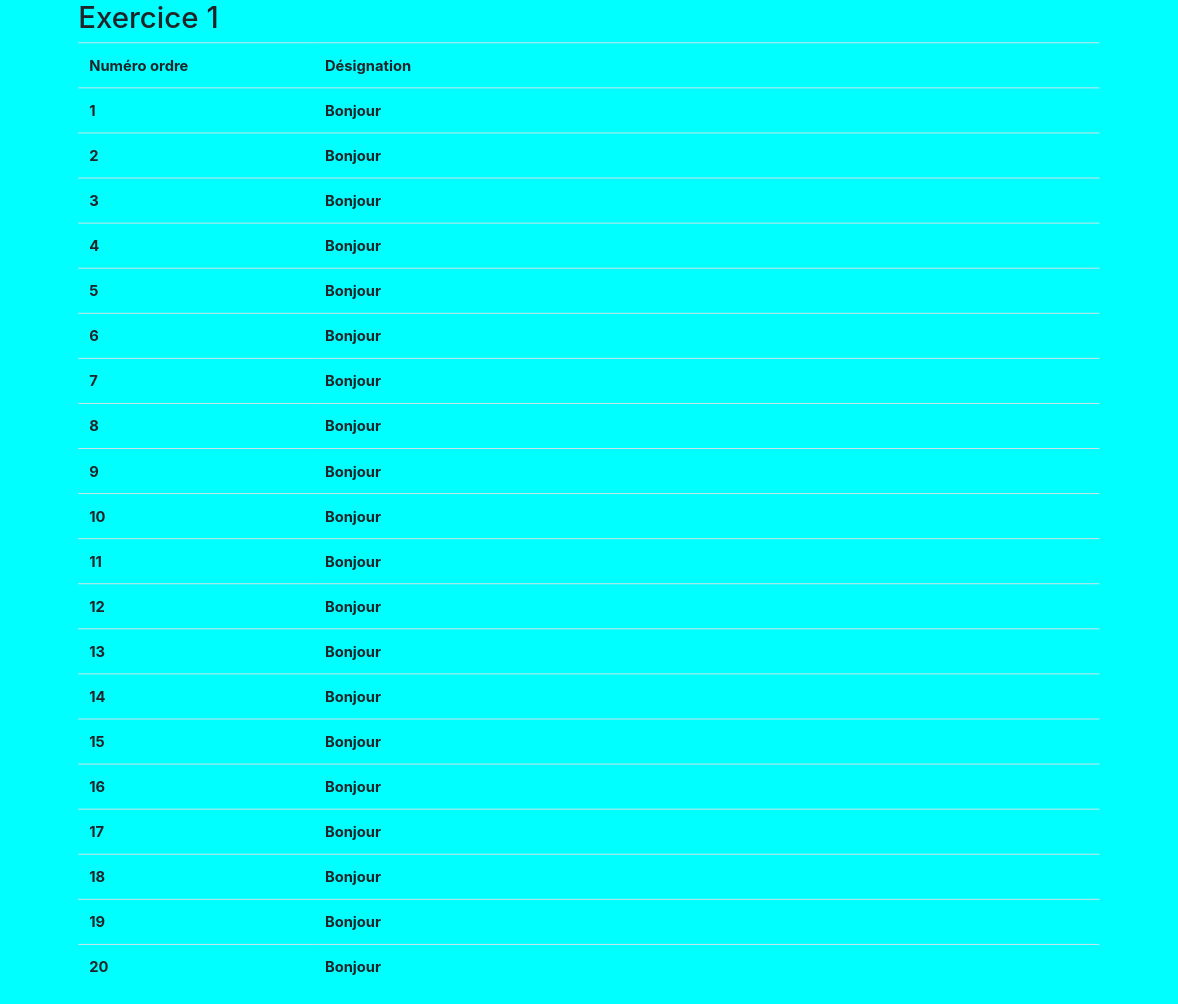
Repository: teddyruppin/GitFormateur
Page: http://localhost/JSP01/web/exercice1.jsp
An editor plug-in stored every save of this project. The page is shown before and after the next save, followed by the edit.
The browser window is 1280 px wide. The pictures show the whole page, at 92% of full size.
The page is served by Tomcat 9. Other server files are loaded and not shown.

Above is the page before, as saved 2020-01-03 15:08:34.

### src/projpoo1/JSP01/WebContent/web/exercice1.jsp
<%@ page language="java" contentType="text/html; charset=ISO-8859-1"
	pageEncoding="ISO-8859-1"%>
<%@ taglib uri="http://java.sun.com/jsp/jstl/core" prefix="c"%>
<!DOCTYPE html>
<html>
<head>
<meta charset="ISO-8859-1">
<link href='<c:url value="css/bootstrap.min.css" />' rel="stylesheet" />
<link href='<c:url value="css/style.css" />' rel="stylesheet" />

<title>Exercice 1</title>
</head>
<body>


	<div class="container">

		<h2>Exercice 1</h2>

		<table class="table">

			<colgroup>

				<col width=90>

				<col width=300>

			</colgroup>

			<tr>
				<th>Numéro ordre</th>
				<th>Désignation</th>
			</tr>

			<c:forEach begin="1" end="20" var="i">
				<tr>
					<th><c:out value="${i}" /></th>
					<th><c:out value='${"Bonjour"}' /></th>
				</tr>
			</c:forEach>



		</table>
	</div>







</body>
</html>

### src/projpoo1/JSP01/WebContent/css/style.css
@charset "ISO-8859-1";

body {
	background-color: aqua;
}

.footer {
	position: fixed;
	bottom: 0px;
	height: 50px;
	width: 100%;
}

.footerlogin {
	position: fixed;
	bottom: 0px;
	right: 0px;
}

Loaded but not shown: src/projpoo1/JSP01/WebContent/css/bootstrap.min.css (library)

After the next save:
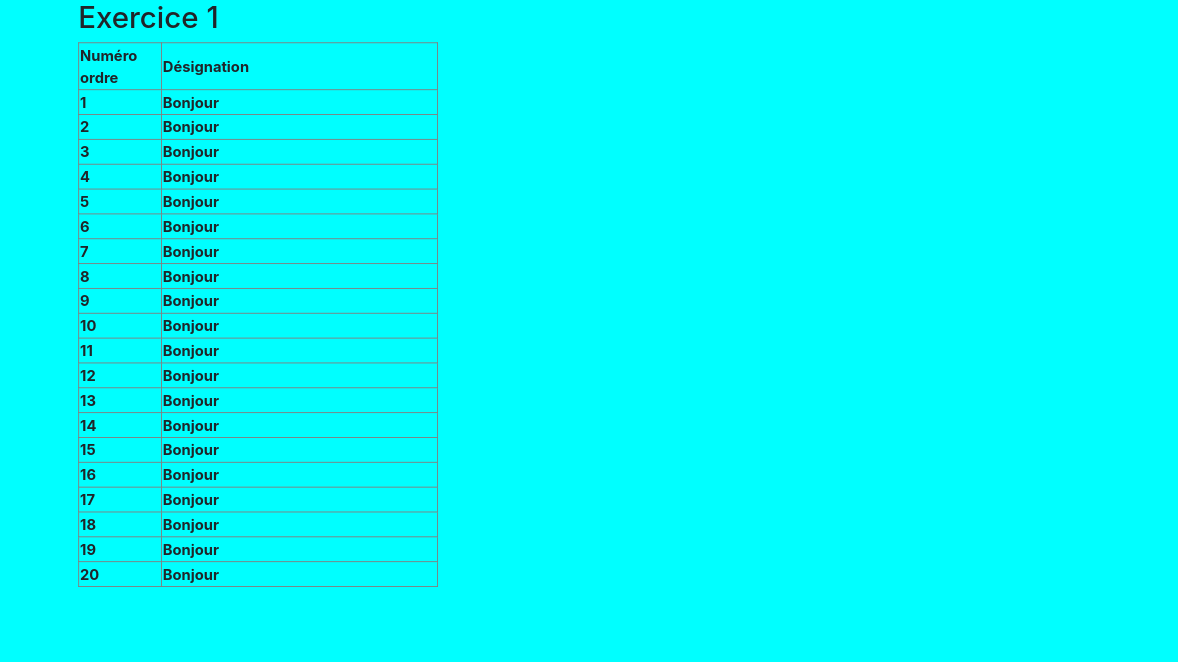
Saved 31 s later.
--- a/src/projpoo1/JSP01/WebContent/web/exercice1.jsp
+++ b/src/projpoo1/JSP01/WebContent/web/exercice1.jsp
@@ -17,7 +17,7 @@
 
 		<h2>Exercice 1</h2>
 
-		<table class="table">
+		<table border>
 
 			<colgroup>
 
